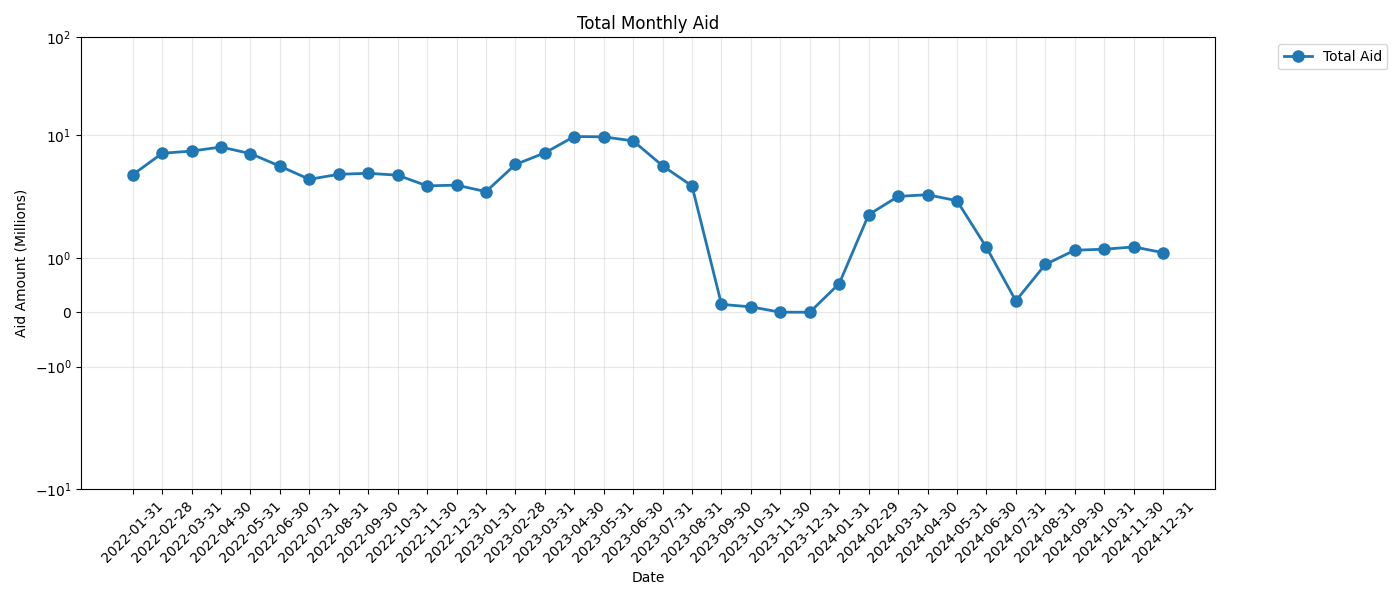
Repository: senapol/ADS
Script's output: python militaryaidstracker/aidVisualisation.py
The author's editor kept a copy of each file at every save. The script's output is drawn from the files as they stood at one save, then again after the next save.
Random numbers start from a fixed seed.

Above is the script's output before, as saved 2025-04-22 23:24:00.

After the next save:
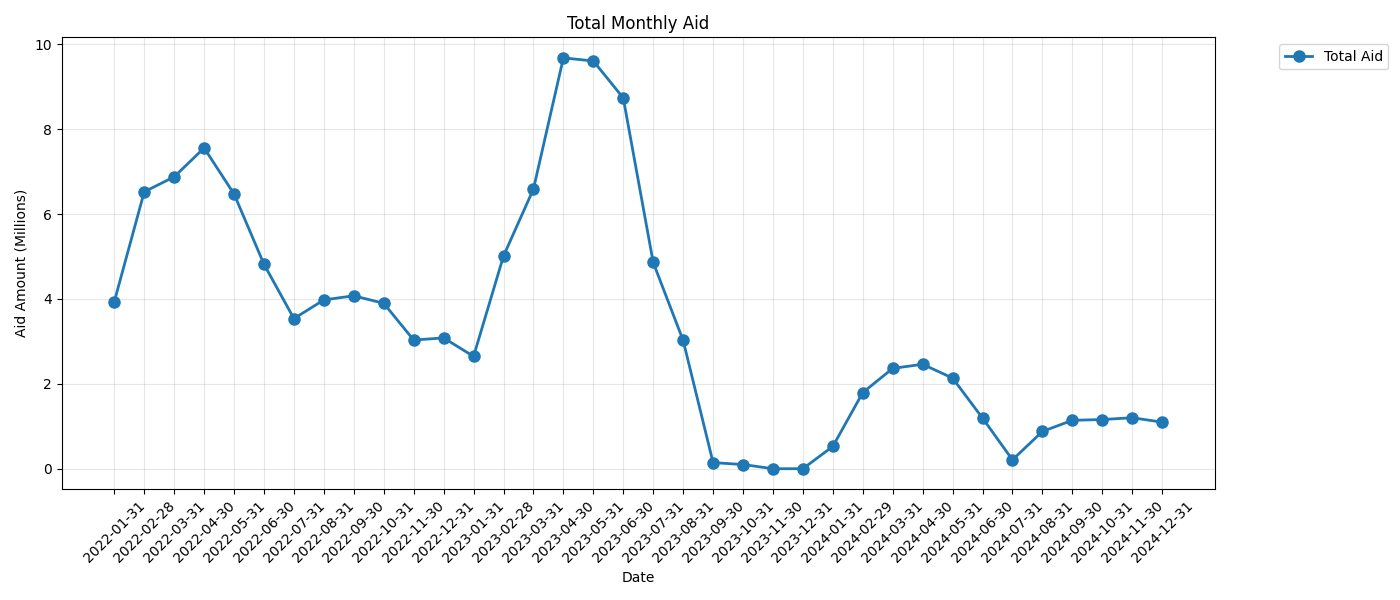
Saved 2 min 22 s later.
--- a/militaryaidstracker/aidVisualisation.py
+++ b/militaryaidstracker/aidVisualisation.py
@@ -40,8 +40,8 @@ plt.grid(True, alpha=0.3)
 plt.xticks(rotation=45)
 
 # Use logarithmic scale for y-axis to better handle large variations and zeros
-plt.yscale('symlog')
-plt.ylim(-10**1, 10**2)
+# plt.yscale('symlog')
+# plt.ylim(-10**1, 10**2)
 
 # Adjust layout to prevent label cutoff
 plt.tight_layout()
